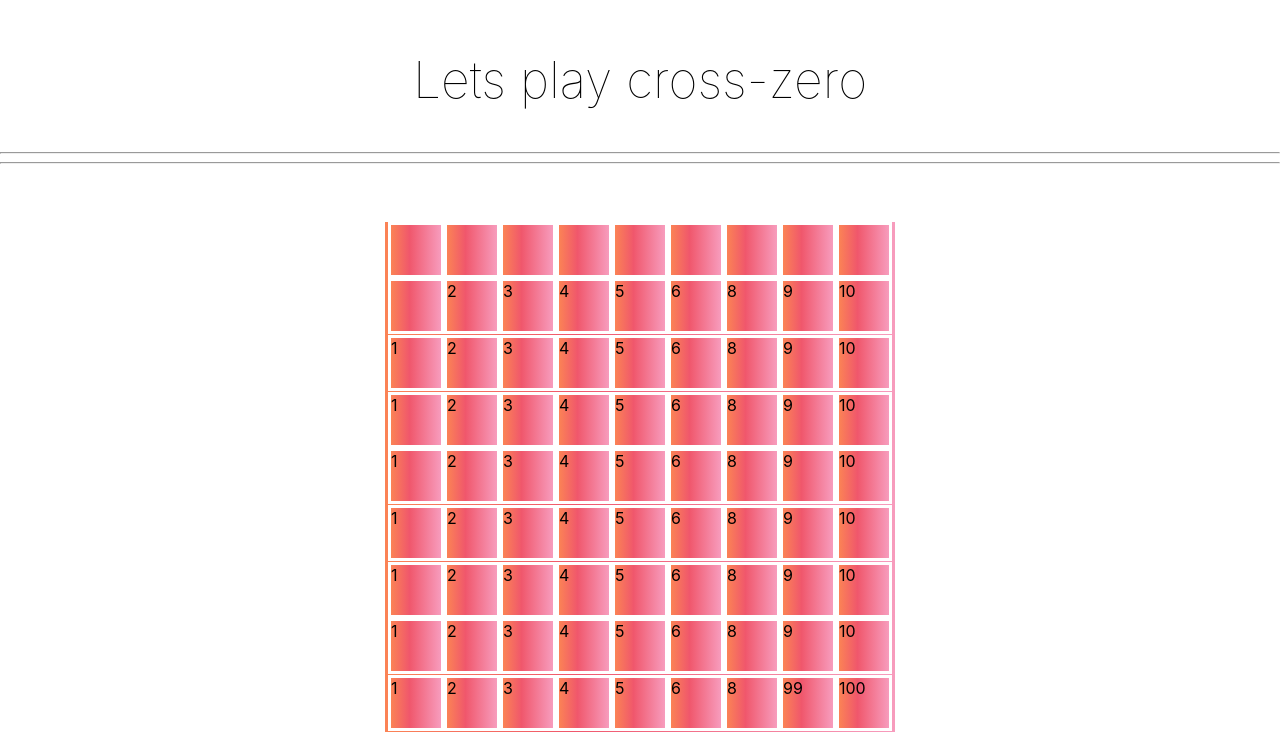
Repository: PGVlasov/cross-zero-game
Page: /
These files come from the project's save history. The page is drawn as it stood at one moment and after the next save; the edit follows.
The browser window is 1280 px wide. The pictures show the whole page.
The project was rebuilt for these pictures with package versions that can differ from the ones it lists, and the page was loaded fresh each time. Also part of the build but not shown: webpack.config.js, src/Containers/Field/Field.module.css, src/Containers/Field/Field.js.

Above is the page before, as saved 2020-11-29 19:17:10.

After the next save:
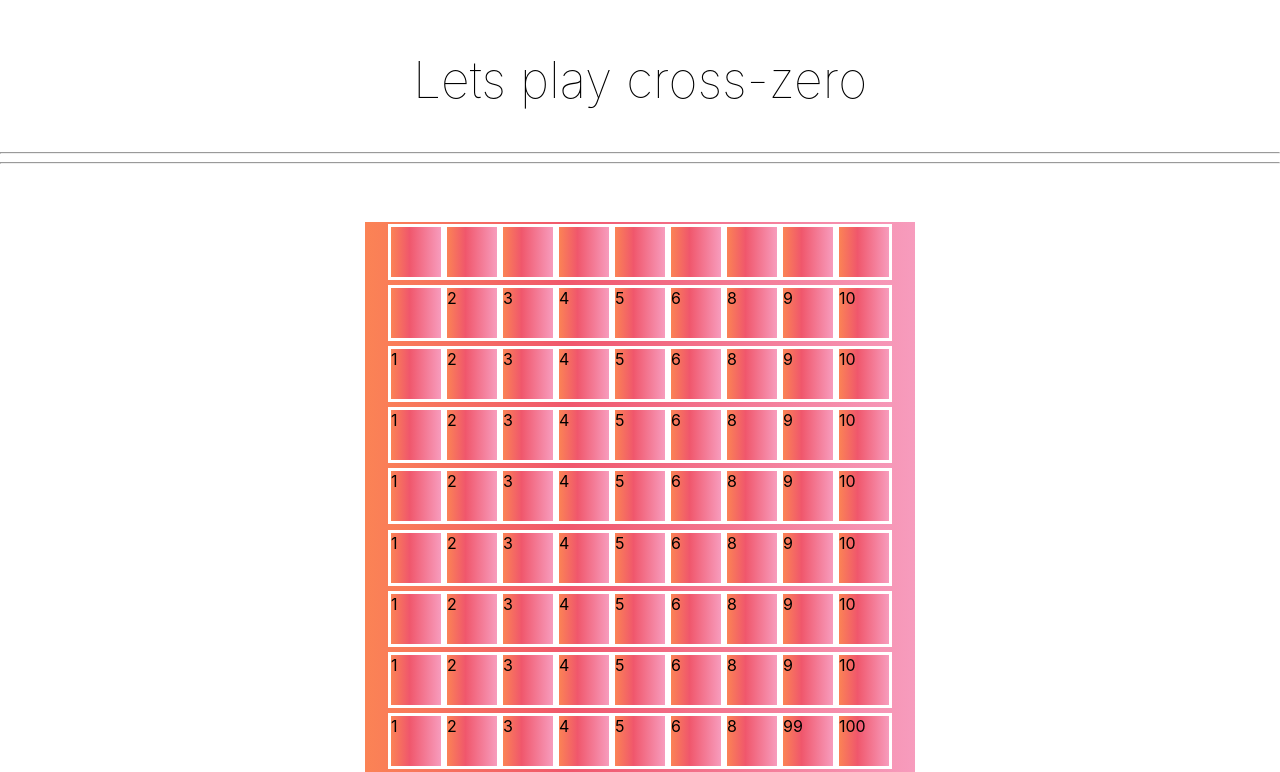
Saved 22 s later.
--- a/src/Containers/Field/Field1.module.css
+++ b/src/Containers/Field/Field1.module.css
@@ -1,7 +1,7 @@
 .area {
-  width: 510px;
-  height: 510px;
-  max-width: 510px;
+  width: 550px;
+  height: 550px;
+  max-width: 550px;
   display: flex;
   justify-content: center;
   margin-top: 50px;
